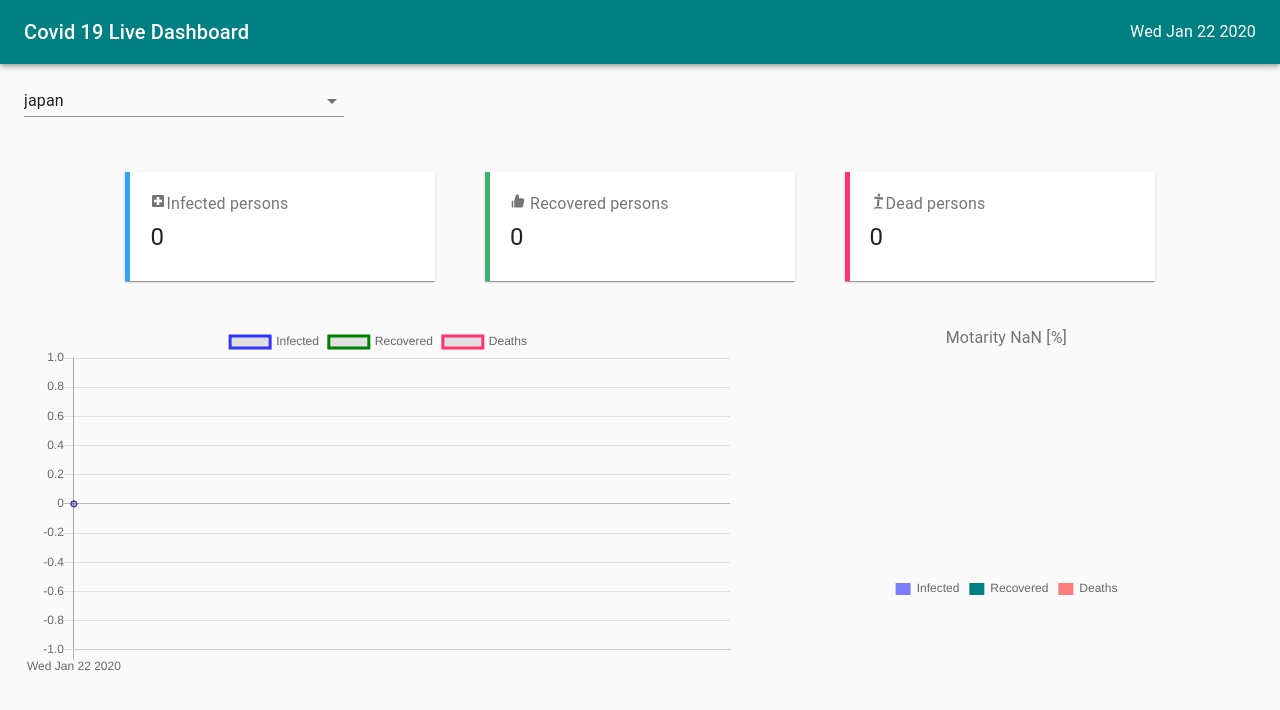
Repository: ShunsukeTanizaki/covid_dashboard
Page: /
These files come from the project's save history. The page is drawn as it stood at one moment and after the next save; the edit follows.
The browser window is 1280 px wide. The pictures show the whole page.
The page's requests for data from a server got no answer. The project was rebuilt for these pictures with package versions that can differ from the ones it lists, and the page was loaded fresh each time. No one was signed in, and anything a server would have sent is missing. Also part of the build but not shown: src/App.css, src/features/covid/DashBoard/DashBoard.module.css.

Above is the page before, as saved 2021-02-11 01:24:07.

After the next save:
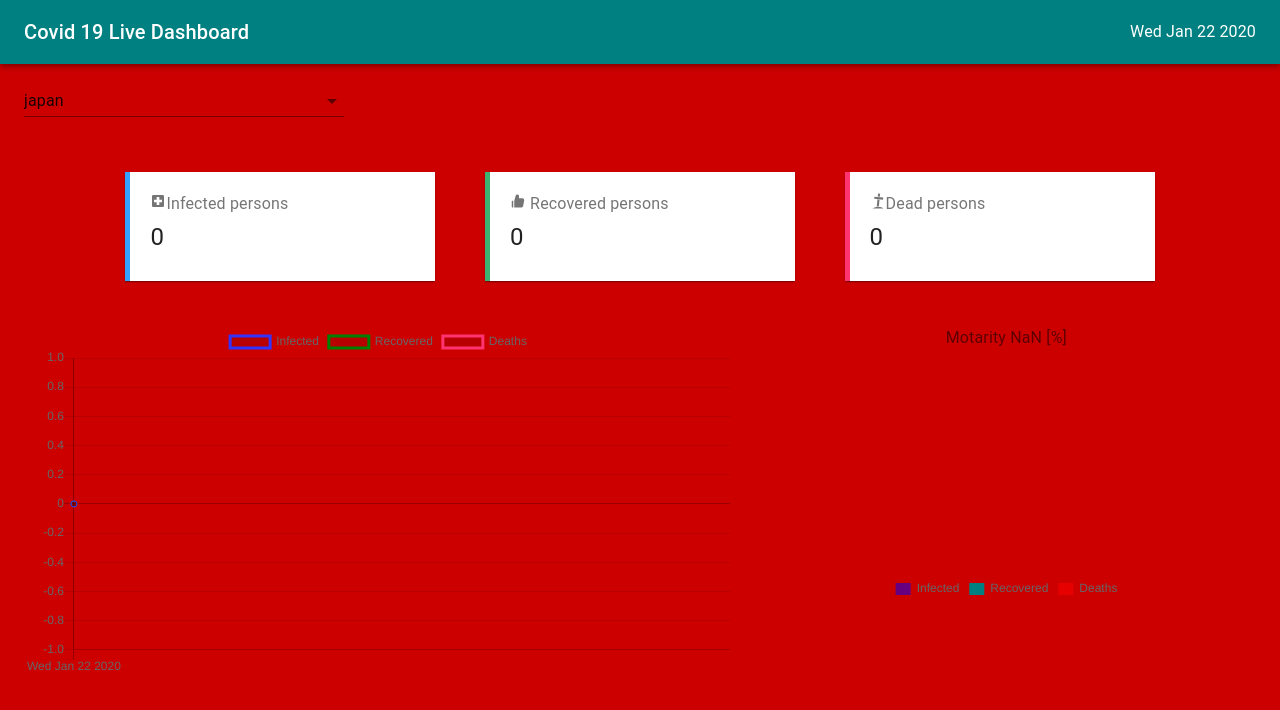
Saved 6 s later.
--- a/src/index.css
+++ b/src/index.css
@@ -1,6 +1,6 @@
 body {
     margin: 0;
-    background-color: rgb(250, 250, 250);
+    background-color: rgb(205, 0, 0);
     font-family: -apple-system, BlinkMacSystemFont, 'Segoe UI', 'Roboto', 'Oxygen',
         'Ubuntu', 'Cantarell', 'Fira Sans', 'Droid Sans', 'Helvetica Neue',
         sans-serif;

After the save that followed:
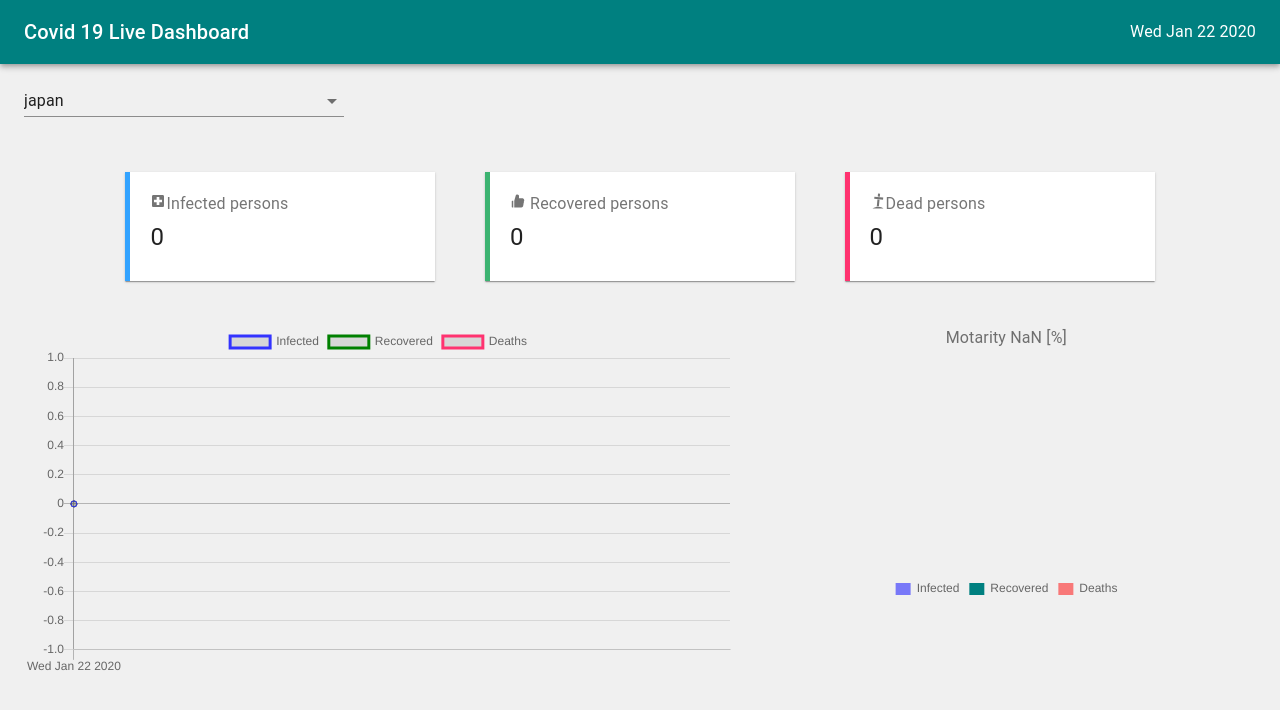
Saved 24 s later.
--- a/src/index.css
+++ b/src/index.css
@@ -1,6 +1,6 @@
 body {
     margin: 0;
-    background-color: rgb(205, 0, 0);
+    background-color: rgb(240, 240, 240);
     font-family: -apple-system, BlinkMacSystemFont, 'Segoe UI', 'Roboto', 'Oxygen',
         'Ubuntu', 'Cantarell', 'Fira Sans', 'Droid Sans', 'Helvetica Neue',
         sans-serif;
